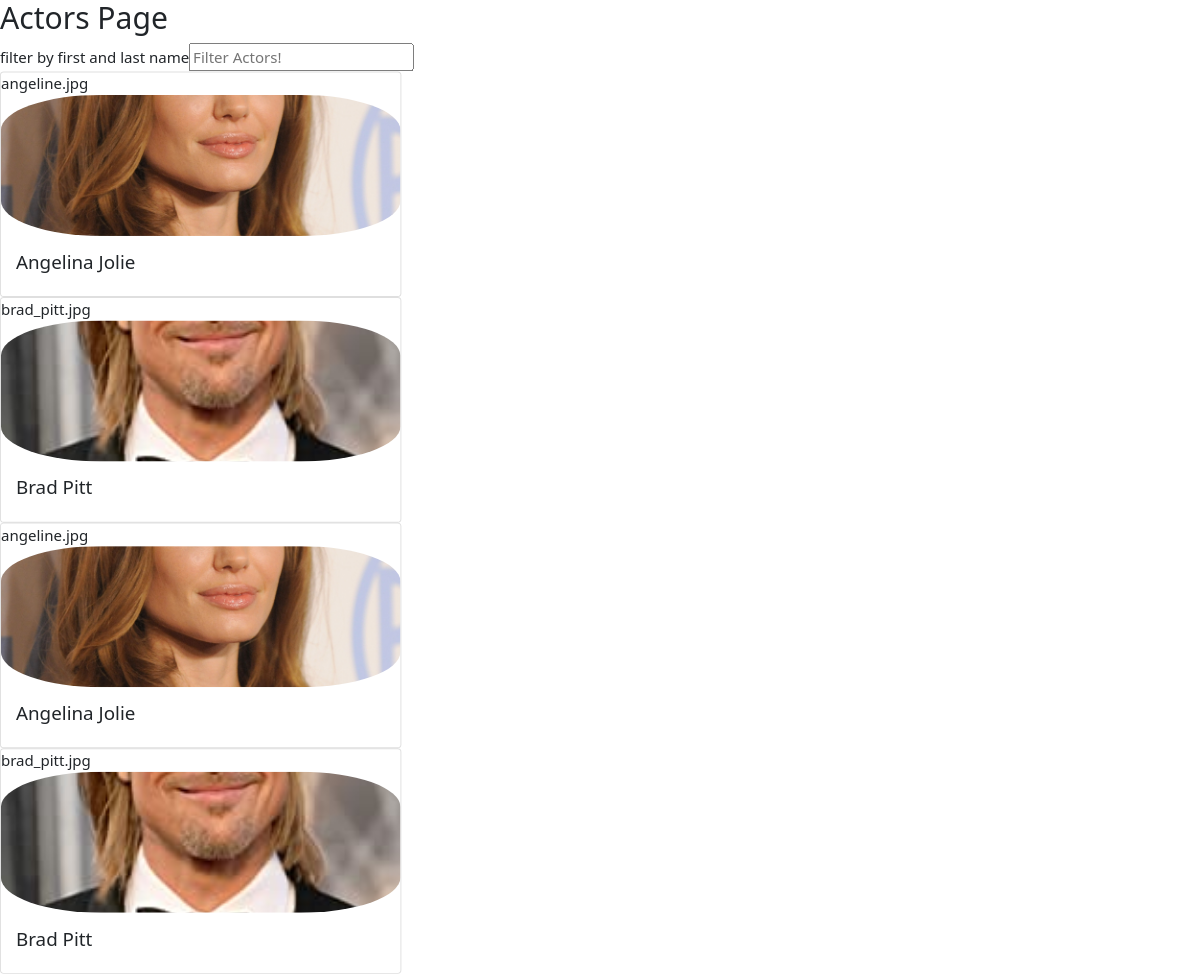
Repository: shuroo/FECourse-react-movieapp
Page: /
An editor plug-in stored every save of this project. The page is shown before and after the next save, followed by the edit.
The browser window is 1280 px wide. The pictures show the whole page, at 94% of full size.
The project was rebuilt for these pictures with package versions that can differ from the ones it lists, and the page was loaded fresh each time. Also part of the build but not shown: src/App.css.

Above is the page before, as saved 2021-07-24 07:01:31.

### src/App.js
import logo from './logo.svg';
import './App.css';
import React, { useState } from 'react';
import Actor from './pages/Actor';
import 'bootstrap/dist/css/bootstrap.min.css';
import ActorsPage from './pages/ActorsPage';

//import CarModel from '../../model/CarModel';
//import CarsPage from './pages/CarsPage/CarsPage';

// function App() {
//   return (
//     <div className="App">
//       <header className="App-header">
//         <img src={logo} className="App-logo" alt="logo" />
//         <p>
//           Edit <code>src/App.js</code> and save to reload.
//         </p>
//         <a
//           className="App-link"
//           href="https://reactjs.org"
//           target="_blank"
//           rel="noopener noreferrer"
//         >
//           Learn React
//         </a>
//       </header>
//     </div>
//   );
// }

//const actor1 = { name: "bPitt", age: 50, imdbLink: "https://www.imdb.com/name/nm0000093/", imgSrc: "https://www.imdb.com/name/nm0000093/mediaviewer/rm864335360/" }

function App() {
    return <ActorsPage />
};

export default App;

### src/pages/ActorsPage.jsx
import React, { useState } from 'react';
import ActorModel from '../model/ActorModel';
//import angelinaImg from "pages/angeline.jpg";
import CardComponent from "../components/CardComponent";

function ActorsPage() {

    // var arr = [ new ActorModel("Angelina", "Jolie", new Date("04/06/1975"), "../public/images/angeline", "https://www.imdb.com/name/nm0001401/"),
    // new ActorModel("Brad", "Pitt", new Date("04/06/1975"), "../public/images/brad_pitt", "https://www.imdb.com/name/nm0000093/"),
    // new ActorModel("Angelina", "Jolie", new Date("04/06/1975"), "../public/images/angeline", "https://www.imdb.com/name/nm0001401/"),
    // new ActorModel("Brad", "Pitt", new Date("04/06/1975"), "../public/images/brad_pitt", "https://www.imdb.com/name/nm0000093/"),
    // ]

    const [actors, setActors] = useState([ new ActorModel("Angelina", "Jolie", new Date("04/06/1975"), "angeline.jpg", "https://www.imdb.com/name/nm0001401/"),
     new ActorModel("Brad", "Pitt", new Date("04/06/1975"), "brad_pitt.jpg", "https://www.imdb.com/name/nm0000093/"),
     new ActorModel("Angelina", "Jolie", new Date("04/06/1975"), "angeline.jpg", "https://www.imdb.com/name/nm0001401/"),
     new ActorModel("Brad", "Pitt", new Date("04/06/1975"), "brad_pitt.jpg", "https://www.imdb.com/name/nm0000093/"),
     ])

    // firstName, lastName, birthday, image, imdbLink

    const [filterText, setfilterText] = useState("")
    const [sortCriteria, setSortCriteria] = useState("")

    function filterBy(e){
        const criteria = e.target.value;
    }

    function sortBy(e){
        const criteria = e.target.value;
    }
    let actorsHtml = actors.map(act=> <div><CardComponent actor={act}/></div>)

    return (
        <div>
            <h2>Actors Page</h2>
            <div><label>filter by first and last name</label>
            <input type="text" onClick={filterBy} placeholder="Filter Actors!"></input>
            <div className="gallery">{actorsHtml}</div>
            </div>

        </div>
    );
}

export default ActorsPage;

### src/model/ActorModel.jsx
class ActorModel{

    constructor(firstName, lastName, birthday, image, imdbLink){

        this.firstName = firstName;
        this.lastName = lastName;
        this.birthday = birthday;
        this.image = image;
        this.imdbLink = imdbLink;

    }

    age(){
        var thisyear = new Date().getFullYear();
        var birthyear = this.birthday.getFullYear();
        return (thisyear - birthyear);
    }
}

export default ActorModel;

### src/components/CardComponent.jsx
import React from "react";
import './CardComponent.css';
//import myImg from './image.png'

function CardComponent({actor}) {

	return (



<div className=" card col col-md-4 col-lg-4 col-sm-4" onClick={()=>(alert())}>
 {actor.image}
  <img className="actorImg card-img-top" src={actor.image} alt={actor.firstName+" "+actor.lastName}/>
  <div className="card-body">
    <h5 className="card-title">{actor.firstName} {actor.lastName}</h5>
    <p className="card-text">{actor.age}
  </p></div>
  </div>
	)
}

export default CardComponent;

### src/components/CardComponent.css
.actorImg {
    border-radius: 25%;
    object-fit: cover;
    height: 150px;
}

.col {
    display: flex;
    flex-direction: column;
    justify-content: space-around;
}

Loaded but not shown: public/index.html (common file); src/index.js (common file); src/index.css (common file); src/reportWebVitals.js (common file); src/pages/Actor.jsx (no stored copy; drawn as an empty file)

After the next save:
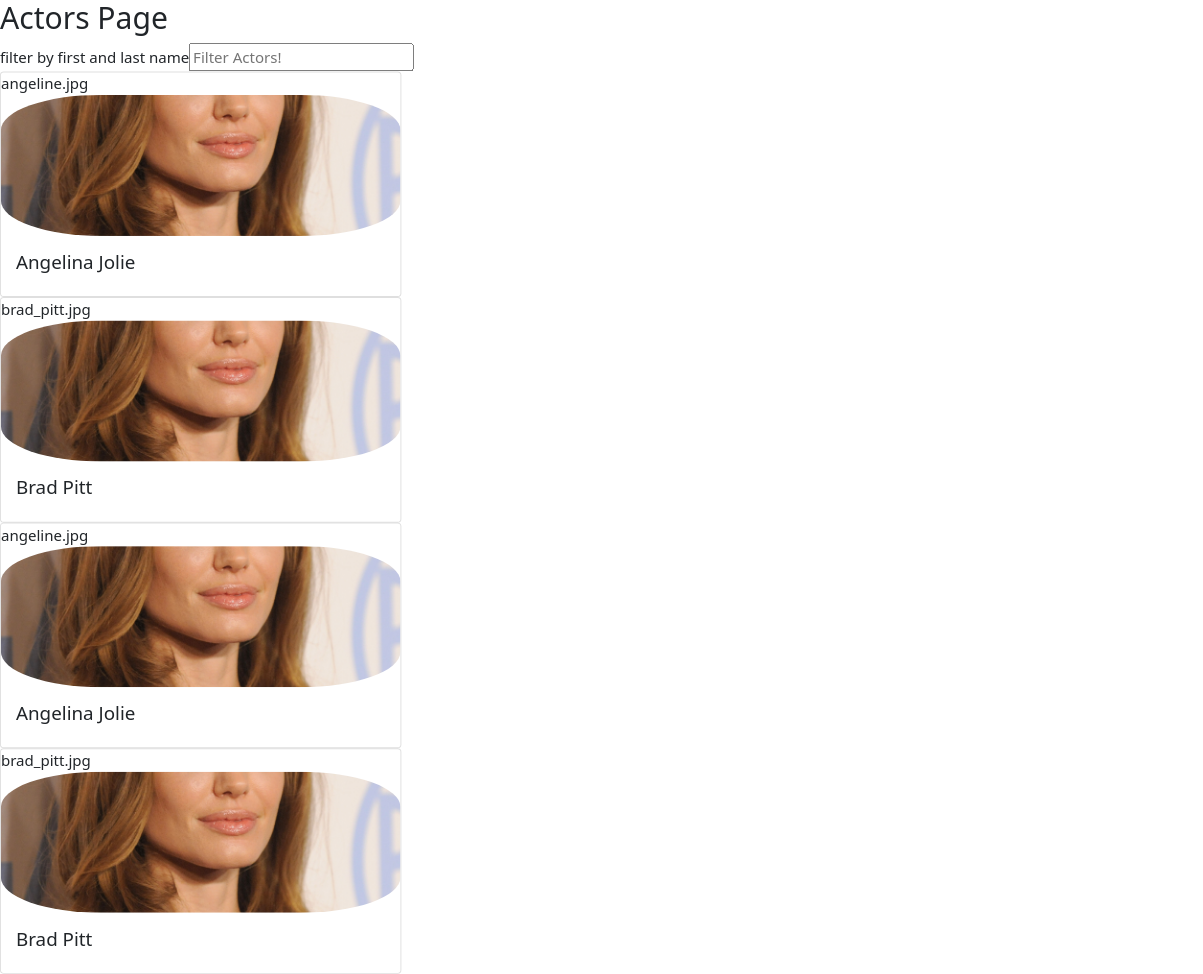
Saved 46 s later.
--- a/src/components/CardComponent.jsx
+++ b/src/components/CardComponent.jsx
@@ -10,7 +10,7 @@
 
 <div className=" card col col-md-4 col-lg-4 col-sm-4" onClick={()=>(alert())}>
  {actor.image}
-  <img className="actorImg card-img-top" src={actor.image} alt={actor.firstName+" "+actor.lastName}/>
+  <img className="actorImg card-img-top" src={"angeline.jpg"} alt={actor.firstName+" "+actor.lastName}/>
   <div className="card-body">
     <h5 className="card-title">{actor.firstName} {actor.lastName}</h5>
     <p className="card-text">{actor.age}

After the 3 saves that followed:
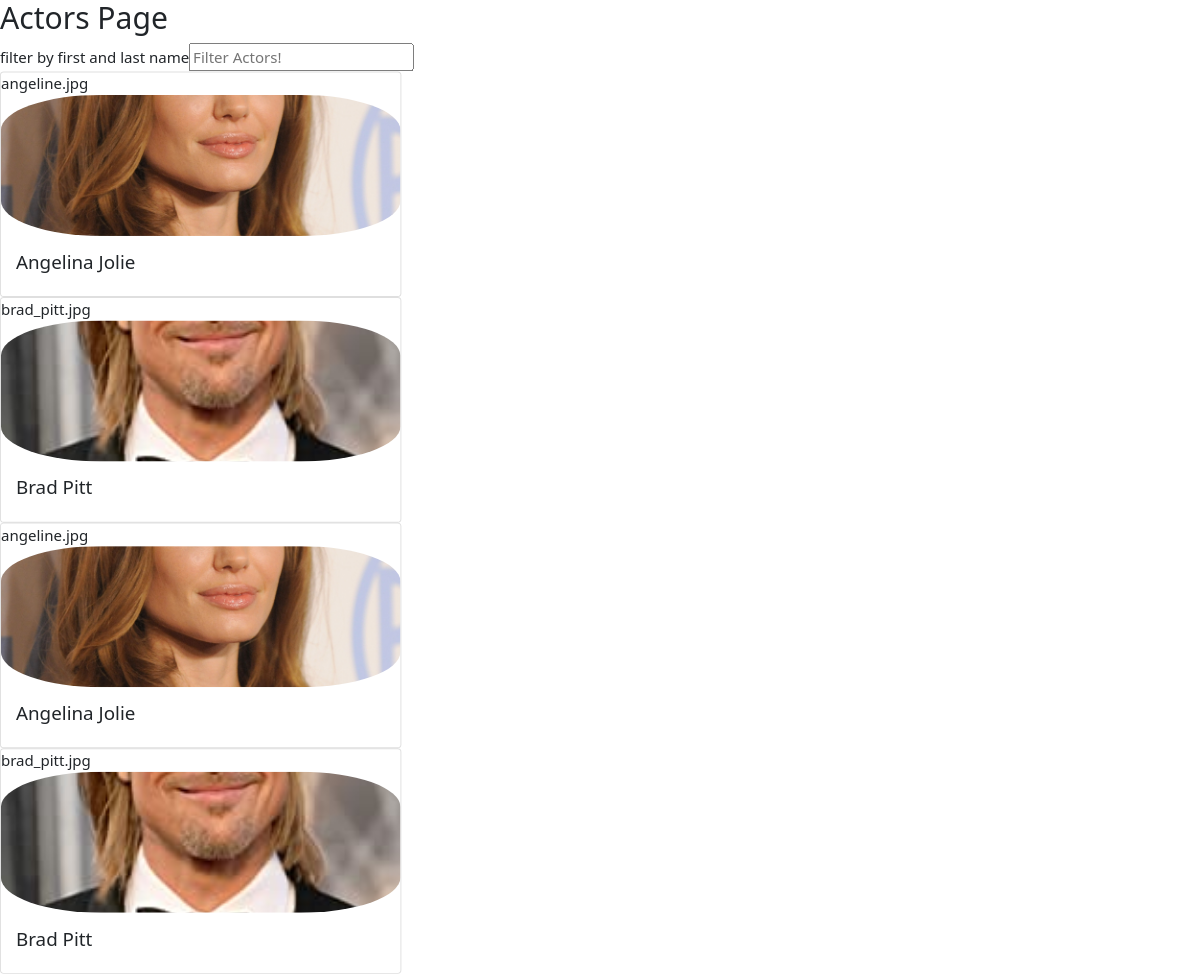
The 3 saves are shown as one change because 2 left the picture as it was.
The last was saved 9 min 12 s later.
--- a/src/components/CardComponent.jsx
+++ b/src/components/CardComponent.jsx
@@ -1,16 +1,14 @@
 import React from "react";
 import './CardComponent.css';
-//import myImg from './image.png'
+import angie from './angeline.jpg'
 
 function CardComponent({actor}) {
 
 	return (
 
-
-
 <div className=" card col col-md-4 col-lg-4 col-sm-4" onClick={()=>(alert())}>
  {actor.image}
-  <img className="actorImg card-img-top" src={"angeline.jpg"} alt={actor.firstName+" "+actor.lastName}/>
+  <img className="actorImg card-img-top" src={actor.image} alt={actor.firstName+" "+actor.lastName}/>
   <div className="card-body">
     <h5 className="card-title">{actor.firstName} {actor.lastName}</h5>
     <p className="card-text">{actor.age}
